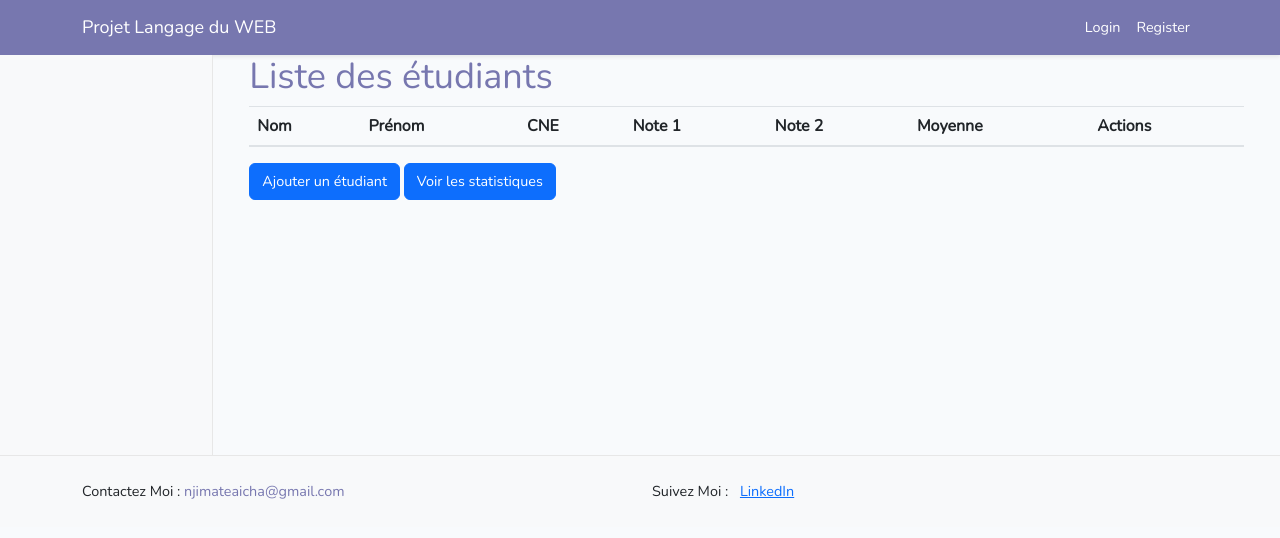
Repository: NjimateAicha/LaravelWeb
Page: http://localhost/etudiant
The author's editor kept a copy of each file at every save. The page is drawn from the files as they stood at one save, then again after the next save.
The browser window is 1280 px wide. The pictures show the whole page.
Some web libraries are served in a nearby version. The page is served by the project's Laravel application, run on PHP 8.4 with Laravel 9. Style sheets and scripts are compiled from the project's sources, by tool versions that may differ from the author's. Queries for data that is not in the repository find no rows.

Above is the page before, as saved 2024-05-19 18:08:14.

After the next save:
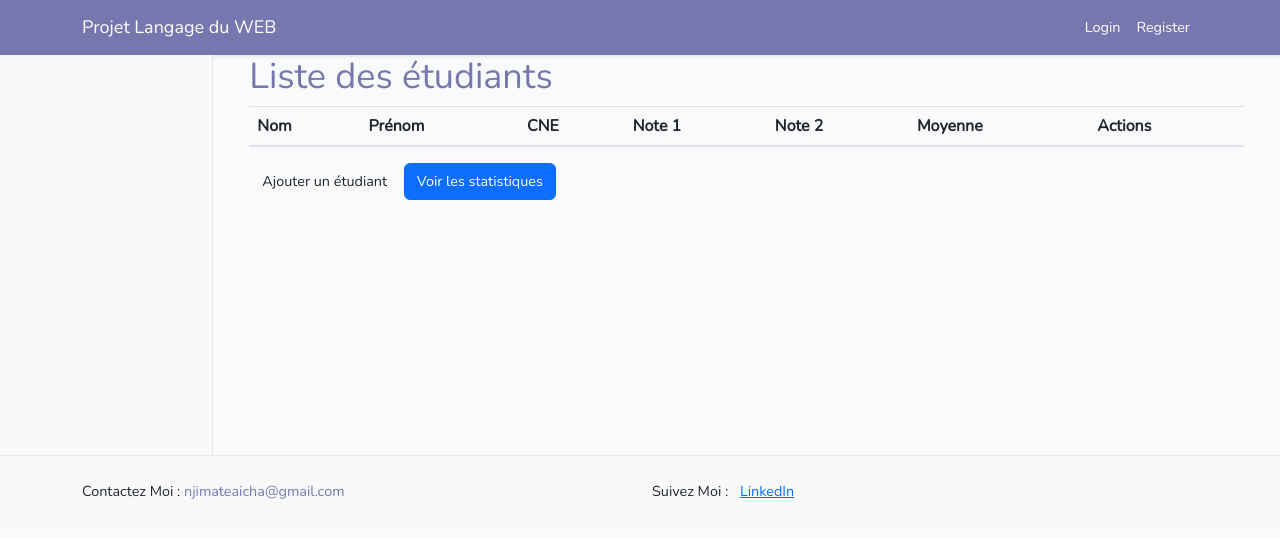
Saved 9 s later.
--- a/resources/views/etudiant/index.blade.php
+++ b/resources/views/etudiant/index.blade.php
@@ -57,7 +57,7 @@
                 @endforeach
             </tbody>
         </table>
-        <a href="{{ route('etudiant.create') }}" class="btn btn-primary">Ajouter un étudiant</a>
+        <a href="{{ route('etudiant.create') }}" class="btn ">Ajouter un étudiant</a>
 
         <a href="{{ route('charts.index') }}" class="btn btn-primary">Voir les statistiques </a>
 
